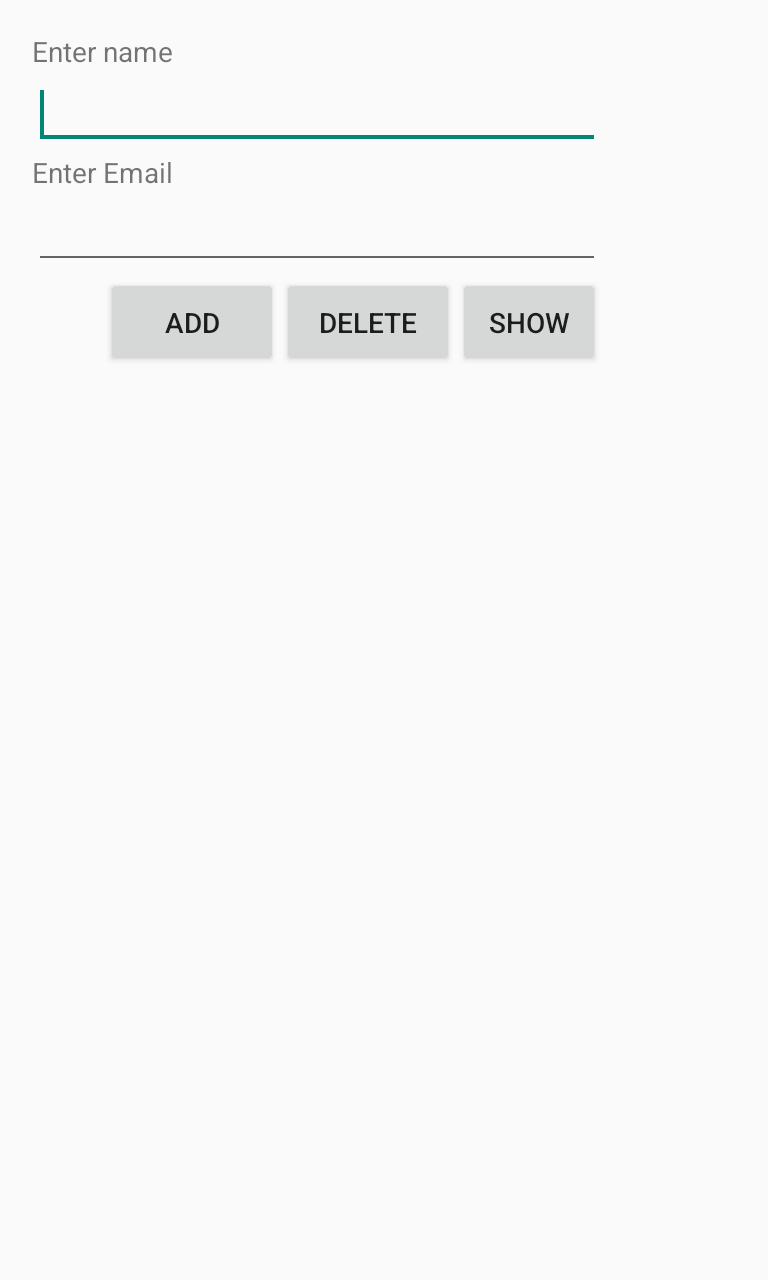
Repository: shivamgeek/Android-Code-Examples
Layout: newDB/res/layout/activity_main.xml
An editor plug-in stored every save of this project. The layout is shown before and after the next save, followed by the edit.
It is drawn on a 768 x 1280 px phone screen (xhdpi) without system bars, with theme AppTheme; the app's code is not run.

Above is the layout before, as saved 2015-08-11 19:13:35.

After the next save:
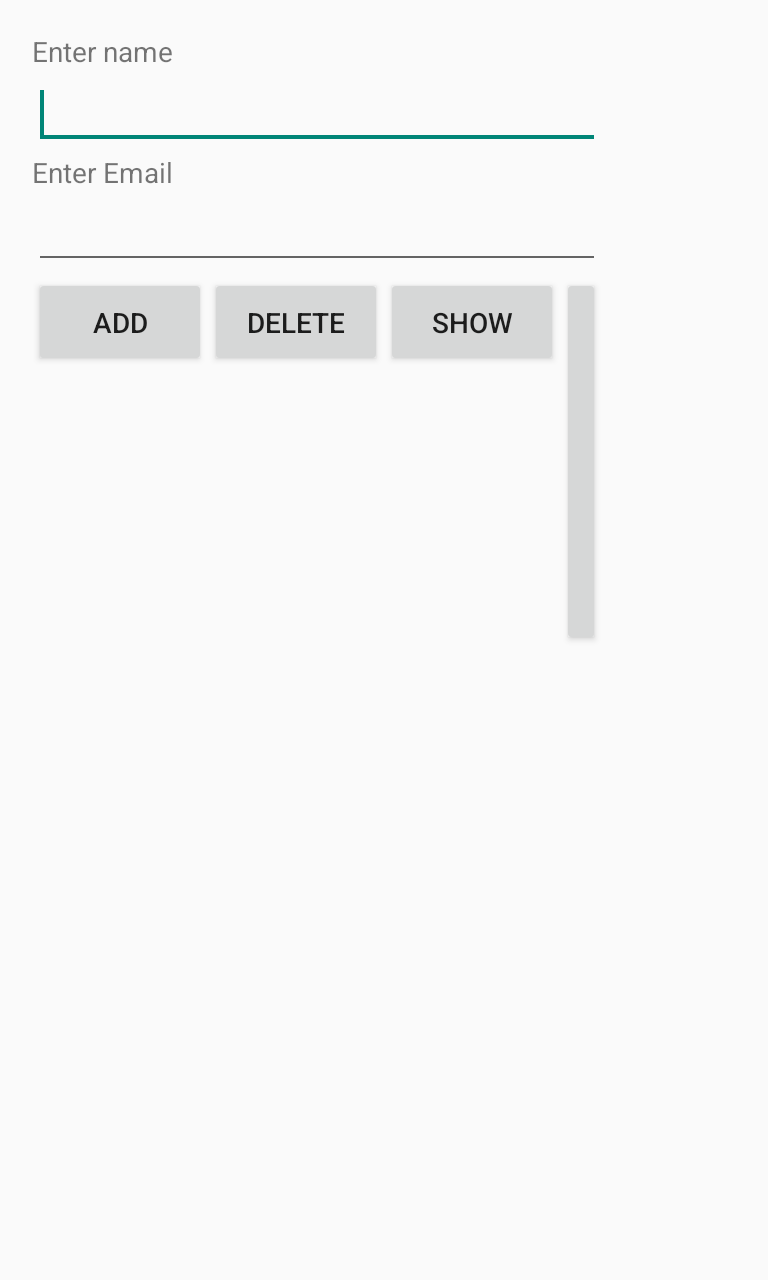
Saved 7 min 32 s later.
--- a/newDB/res/layout/activity_main.xml
+++ b/newDB/res/layout/activity_main.xml
@@ -49,15 +49,6 @@
             android:layout_height="wrap_content" >
 
             <Button
-                android:id="@+id/button1"
-                android:layout_width="wrap_content"
-                android:layout_height="wrap_content"
-                android:layout_alignParentLeft="true"
-                android:layout_alignParentTop="true"
-                android:layout_marginLeft="36dp"
-                android:text="Add" />
-
-            <Button
                 android:id="@+id/button2"
                 android:layout_width="wrap_content"
                 android:layout_height="wrap_content"
@@ -81,6 +72,14 @@
                 android:layout_toRightOf="@+id/button3"
                 android:text="Delete all" />
 
+            <Button
+                android:id="@+id/button1"
+                android:layout_width="wrap_content"
+                android:layout_height="wrap_content"
+                android:layout_alignParentLeft="true"
+                android:layout_alignParentTop="true"
+                android:text="Add" />
+
         </RelativeLayout>
 
     </LinearLayout>
